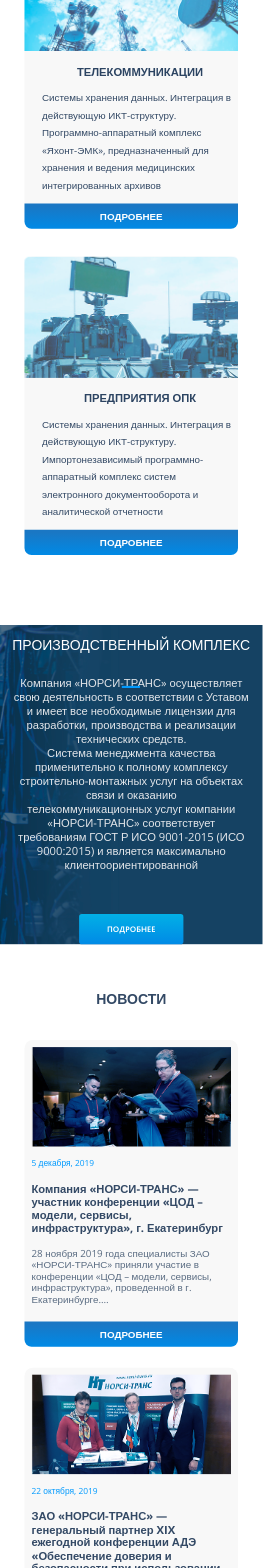
Repository: frostnn/testTaskBurbon
Page: app/index.html
An editor plug-in stored every save of this project. The page is shown before and after the next save, followed by the edit.
The browser window is 375 px wide. The pictures show the part of the page from y = 1707 to 3947 px (the page is 6716 px tall), at 70% of full size.
The style sheet was rebuilt from its Sass, Less or Tailwind sources for each picture, by a compiler version that may differ from the author's.

Above is the page before, as saved 2020-07-17 07:48:14.

After the next save:
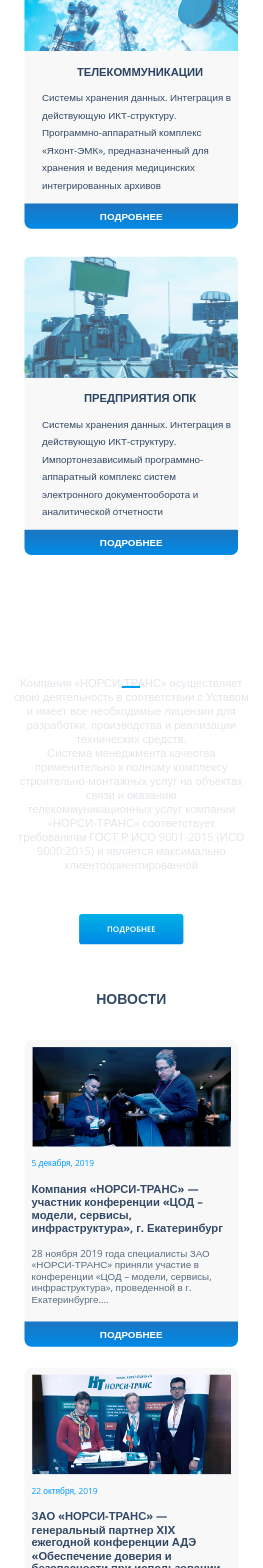
Saved 8 min 34 s later.
--- a/app/scss/_media.scss
+++ b/app/scss/_media.scss
@@ -741,4 +741,7 @@
   .program-block {
     margin-bottom: 40px;
   }
-}
+  .production {
+    background-image: none;
+  }
+}
